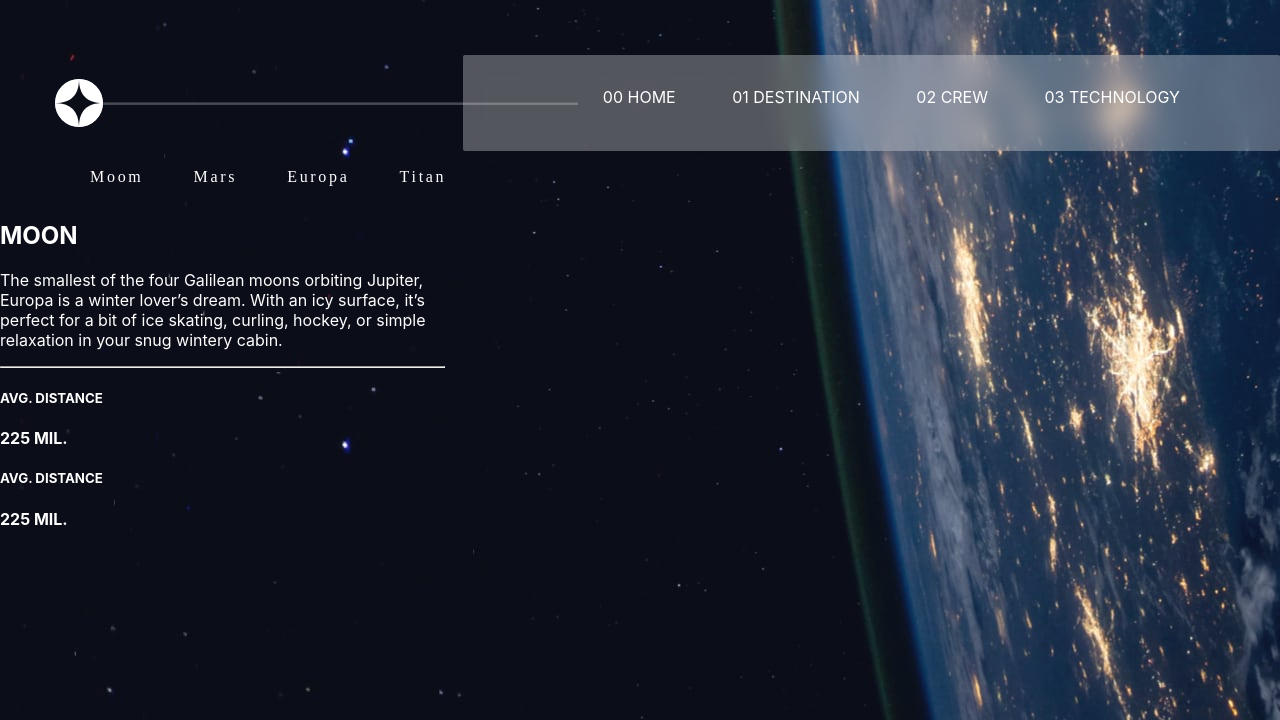
Repository: jhonenmanuel1/FrontEndMentor-MultiPageSpace
Page: /
The author's editor kept a copy of each file at every save. The page is drawn from the files as they stood at one save, then again after the next save.
The browser window is 1280 px wide. The pictures show the whole page.
The project was rebuilt for these pictures with package versions that can differ from the ones it lists, and the page was loaded fresh each time. Also part of the build but not shown: src/views/home.js.

Above is the page before, as saved 2022-06-23 23:03:58.

### src/App.js

import HeaderView from './components/header';
import Destination from './views/destination';
import HomeView from './views/home';


function App() {
  return (
    <div className="App">
      <HeaderView/>
      <Destination/>


    </div>
  );
}

export default App;

### src/components/header.js
import styles from "../styles/header.module.css"

const HeaderView = ()=>{

    return(
        <div className={styles.wraper}>
            <div className={styles.headerLogo}>
            <svg xmlns="http://www.w3.org/2000/svg" width="48" height="48"><g fill="none" fill-rule="evenodd"><circle cx="24" cy="24" r="24" fill="#FFF"/><path fill="#0B0D17" d="M24 0c0 16-8 24-24 24 15.718.114 23.718 8.114 24 24 0-16 8-24 24-24-16 0-24-8-24-24z"/></g></svg>
            </div>
            <div className={styles.headerLine}>
                <hr />
            </div>
            <div className={styles.headerMenu}>
                 <ul>
                    <li> 00 HOME</li>
                    <li> 01 DESTINATION </li>
                    <li> 02 CREW </li>
                    <li className={styles.lastList}> 03 TECHNOLOGY</li>

                </ul>
            </div>

        </div>
    )
}
export default HeaderView;

### src/views/destination.js
import PlanetCardInfo from "../atoms/PlanetCardInfo";

export default function Destination() {
  return (
    <>
      <div className="destinationContainer">
        <div className="planetCard">
          <div className="titlePlanet"></div>
          <div className="planetCardImage"></div>
        </div>
        <div>
            <PlanetCardInfo/>
        </div>
      </div>
    </>
  );
}

### src/styles/header.module.css
.wraper {
    margin-top: 55px;
    display: flex;
    justify-content: space-between;


    background-position: center center;
    background-repeat: no-repeat;
    background-size: cover


}
.headerLogo{
    display: flex;
    justify-content: center;
    align-items: center;


}
.headerLogo svg {
    background-color: aliceblue;
    border-radius: 100%;
    height: 48px;
    width: 48px;
    margin-left: 55px;
}

.headerMenu{
    background-color: rgba(255, 255, 255, 0.3);
    border-radius: 2px;
    text-align: center;
    backdrop-filter: blur(12px);
    -webkit-backdrop-filter: blur(10px);
    width: 830px;
    height: 96px;



}

.headerMenu ul {
    display: flex;
    justify-content:  space-between;
    align-items: center;
    padding-right: 100px;
    margin-left: 100px;
    margin-top: 32px;
    color: white;


}
.headerMenu ul li {
    text-decoration: none;
    list-style: none;

}

.headerLogo{
    color: white;

}
.headerLine {
    display: flex;
    justify-content: center;
    align-items: center;
    margin-right: -9%;
    z-index: 1;

}
.headerLine hr {
    height: 1px;
    background-color: white;
    color: white;
    width: 473px;
    opacity:  25.15%;

}

### src/atoms/PlanetCardInfo.js
import styles from  '../styles/planetcardinfo.module.css'
export default function PlanetCardInfo() {
  return (
    <section section className={styles.planetCardInfoContainer}>
      <div >
        <div className={styles.planetCardHeader}>
          <ul>
            <li>Moom</li>
            <li>Mars</li>
            <li>Europa</li>
            <li>Titan</li>
          </ul>
        </div>
        <div className="planetCardTitle">
          <h1> MOON</h1>
        </div>
        <p>
          The smallest of the four Galilean moons orbiting Jupiter, Europa is a
          winter lover’s dream. With an icy surface, it’s perfect for a bit of
          ice skating, curling, hockey, or simple relaxation in your snug
          wintery cabin.
        </p>
        <hr></hr>
        <div className="planetCardFooter">
          <div>
            <div className="Mini Targets"></div>
          </div>
          <h5>AVG. DISTANCE</h5>
          <h4>225 MIL.</h4>
        </div>
        <div className="planetCardFooter">
          <div>
            <div className="Mini Targets"></div>
          </div>
          <h5>AVG. DISTANCE</h5>
          <h4>225 MIL.</h4>
        </div>
      </div>
    </section>
  );
}

### src/styles/homeview.module.css
body{
    color: white;
    background-image: url("../components/Images/home/background-home-desktop.jpg") ;
}
.containerCard{
    display: flex;
    margin-top: 257px;
    justify-content: center;
    align-items: center;
}
.spaceinfo{
    padding-right: 325px;
}
.homeSpaceTarget{
    max-width: 461.76px;
    display: flex;
    justify-content: center;
    align-items: center;
    margin: 0px;

}

.homeSpaceTargeth3 {
    font-weight: 1;
    font-size: 34px;
    margin: 0px;
}
.homeSpaceTargeth1{

    font-family: 'Bellefair';
    font-style: normal;
    font-weight: 400;
    font-size: 128px;
    line-height: 147px;
    margin: 0px;
}
.homeSpaceTargetp{
    font-size: 18px;
}
.explore{

    margin-bottom: -70px;
}

### src/styles/planetcardinfo.module.css
.planetCardInfoContainer {
  display: flex;
  align-items: center;
  justify-content: center;
  max-width: 445px;
}
.planetCardHeader {
}

.planetCardHeader ul {
  display: flex;
  height: 34px;
  width: 285px;
}
.planetCardHeader ul li {
  text-decoration: none;
  list-style: none;
  top: calc(50% - 19px / 2 - 7.5px);

  font-family: "Barlow Condensed";
  font-style: normal;
  font-weight: 400;
  font-size: 16px;
  line-height: 19px;
  letter-spacing: 2.7px;
  margin-left: 50px;
}

Loaded but not shown: public/index.html (common file); src/index.js (common file); src/index.css (common file); src/reportWebVitals.js (common file)

After the next save:
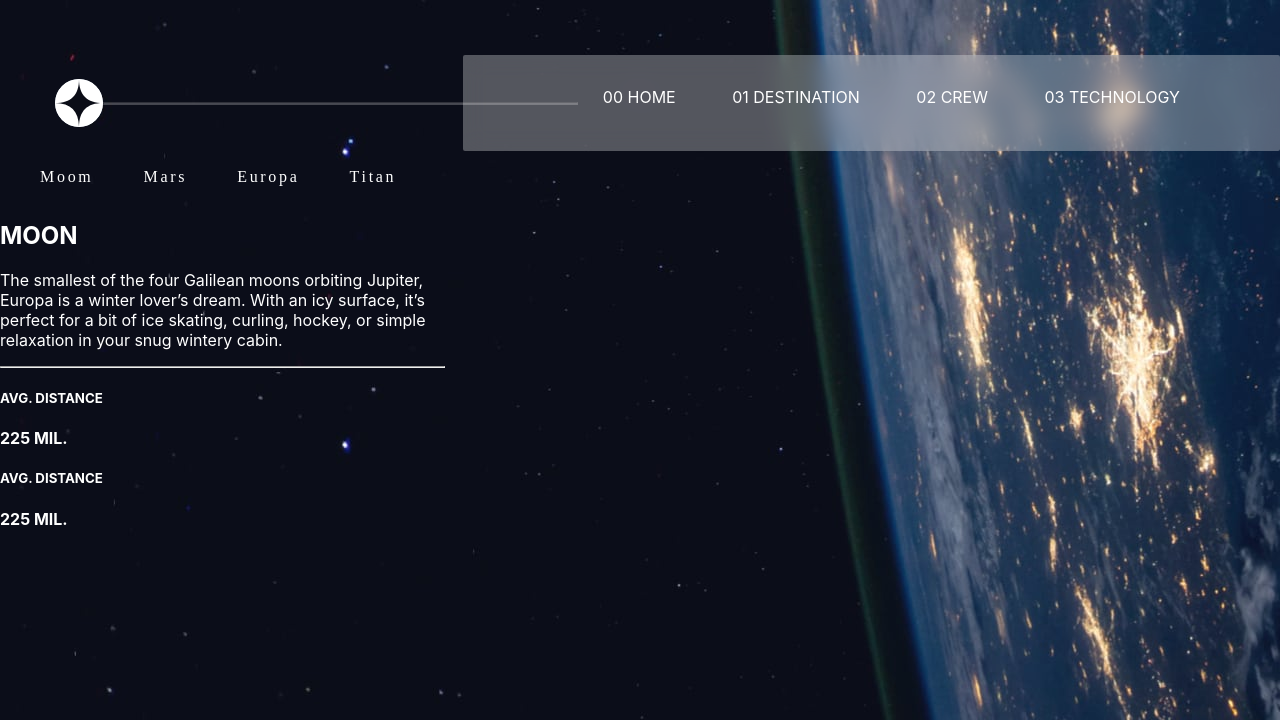
Saved 9 s later.
--- a/src/styles/planetcardinfo.module.css
+++ b/src/styles/planetcardinfo.module.css
@@ -23,5 +23,5 @@
   font-size: 16px;
   line-height: 19px;
   letter-spacing: 2.7px;
-  margin-left: 50px;
+  margin-right: 50px;
 }
